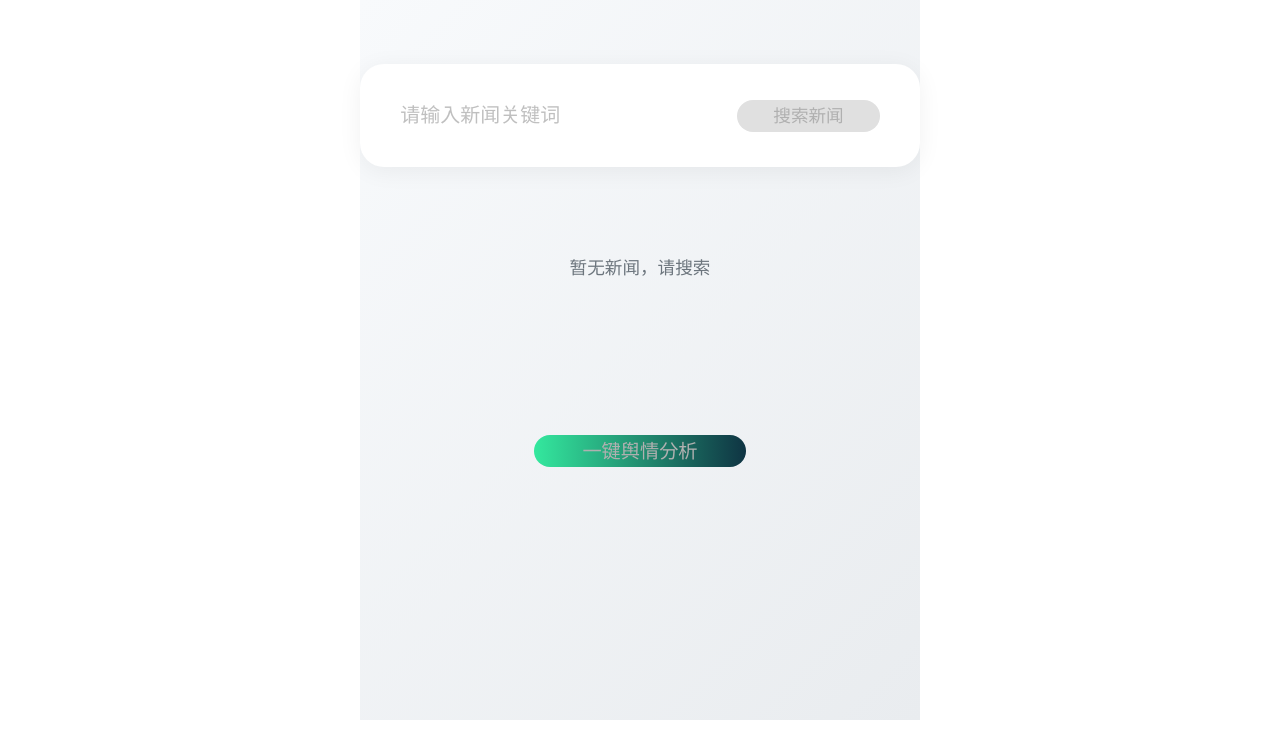
Repository: XJN7197/NewsAssistantBaseMCP
Page: / (app in frontend/)
These files come from the project's save history. The page is drawn as it stood at one moment and after the next save; the edit follows.
The browser window is 1280 px wide. The pictures show the whole page.
The project was rebuilt for these pictures with package versions that can differ from the ones it lists, and the page was loaded fresh each time. Also part of the build but not shown: frontend/vite.config.ts.

Above is the page before, as saved 2025-05-22 22:33:07.

### frontend/src/App.tsx
import { useState } from 'react'
import Home from './pages/Home'
import './App.css'

function App() {

  return (
    <>
      <Home/>
    </>
  )
}

export default App

### frontend/src/pages/Home.tsx
import React, { useState } from 'react';
import { List, Checkbox, Button as AntButton, Input, Spin, Modal, Typography, Dropdown } from 'antd'; // Ant Design 组件导入
import 'antd/dist/reset.css'; // 导入 Ant Design 样式
import ReactMarkdown from 'react-markdown';
import remarkGfm from 'remark-gfm';
import styles from './Home.module.css'
import { mockNewsData } from '../mock/newsData'
import { mockReportData } from '../mock/reportData'

// 假设你有这些组件，后续可单独实现
// import NewsSearch from '../components/NewsSearch'
// import NewsCardList from '../components/NewsCardList'
// import AnalyzeButton from '../components/AnalyzeButton'
// import ReportModal from '../components/ReportModal'

const { Title, Text, Link } = Typography;

const Home: React.FC = () => {
  // 搜索关键词
  const [keyword, setKeyword] = useState('')
  // 新闻列表
  const [newsList, setNewsList] = useState<any[]>([])
  // 选中的新闻项
  const [selectedNews, setSelectedNews] = useState<Set<number>>(new Set());
  // 是否正在加载
  const [loading, setLoading] = useState(false)
  // 分析报告内容
  const [report, setReport] = useState<string | null>(null)
  // 控制报告弹窗显示
  const [showReport, setShowReport] = useState(false)

  // 下载报告处理函数
  const handleDownload = () => {
    if (!report) return;

    const timestamp = new Date().toISOString().replace(/[:.]/g, '-');
    const content = report;
    const fileName = `舆情分析报告_${timestamp}.md`;
    const blob = new Blob([content], { type: 'text/plain;charset=utf-8' });
    const url = window.URL.createObjectURL(blob);
    const link = document.createElement('a');
    link.href = url;
    link.download = fileName;
    document.body.appendChild(link);
    link.click();
    document.body.removeChild(link);
    window.URL.revokeObjectURL(url);
  };

  // 搜索新闻
  const handleSearch = async () => {
    setLoading(true)
    setNewsList([]); // 清空旧的新闻列表
    setReport(null); // 清空旧的报告
    setShowReport(false); // 关闭报告弹窗

    try {
      let data;

      // 根据环境变量决定是否使用mock数据
      if (import.meta.env.VITE_USE_MOCK_NEWS === 'true') {
        // 使用mock数据
        await new Promise(resolve => setTimeout(resolve, 1000)); // 模拟延迟
        data = mockNewsData;
      } else {
        // 使用实际API
        const response = await fetch('http://localhost:8000/search', {
          method: 'POST',
          headers: {
            'Content-Type': 'application/json',
          },
          body: JSON.stringify({ keyword: keyword }),
        });

        if (!response.ok) {
          throw new Error(`HTTP error! status: ${response.status}`);
        }

        data = await response.json();
      }

      // 检查返回的数据结构，确保有 news_list 字段
      if (data && data.news_list) {
        console.log("获取到的新闻数据:", data.news_list);
        // 初始化选中状态，默认全部选中
        const initialNewsList = data.news_list.map((news: any, index: number) => ({ ...news, id: index })); // selected 属性由 selectedNews Set 管理
        setNewsList(initialNewsList);
        const initialSelected = new Set<number>(initialNewsList.map((news: any) => news.id));
        setSelectedNews(initialSelected);
      } else {
        setNewsList([{ error: '未获取到新闻数据或数据格式不正确' }]);
      }

    } catch (error) {
      console.error("搜索新闻失败:", error);
      setNewsList([{ error: `搜索新闻失败: ${error}` }]);
    } finally {
      setLoading(false);
    }
  }

  // 分析新闻
  const handleAnalyze = async () => {
    setLoading(true);
    setReport(null); // 清空旧的报告
    setShowReport(true); // Show modal immediately

    // 过滤出选中的新闻
    const newsToAnalyze = newsList.filter(news => selectedNews.has(news.id));

    if (newsToAnalyze.length === 0) {
        setReport("没有新闻内容可供分析。");
        setLoading(false);
        return;
    }

    try {
      let data;

      // 根据环境变量决定是否使用mock数据
      if (import.meta.env.VITE_USE_MOCK_REPORT === 'true') {
        // 使用mock数据
        await new Promise(resolve => setTimeout(resolve, 1000)); // 模拟延迟
        data = mockReportData;
      } else {
        // 使用实际API
        const response = await fetch('http://localhost:8000/analyze', {
          method: 'POST',
          headers: {
            'Content-Type': 'application/json',
          },
          body: JSON.stringify({ news_list: newsToAnalyze }),
        });

        if (!response.ok) {
          throw new Error(`HTTP error! status: ${response.status}`);
        }

        data = await response.json();
      }

      // 检查返回的数据结构，确保有 report 字段
      if (data && data.report) {
        console.log("获取到的分析报告:", data.report);
        setReport(data.report);
      } else {
        setReport("未获取到分析报告或报告格式不正确");
      }

    } catch (error) {
      console.error("分析新闻失败:", error);
      setReport(`分析新闻失败: ${error}`);
    } finally {
      setLoading(false);
    }
  }



  return (
    <div className={styles['home-container']}>
      {/* 搜索栏 - 使用 Ant Design 组件 */}
      <div className={styles['search-bar']}>
        <Input
          placeholder="请输入新闻关键词"
          value={keyword}
          onChange={e => setKeyword(e.target.value)}
          onPressEnter={handleSearch} // 支持回车搜索
          style={{ flex: 1, fontSize: '1.25rem', padding: '12px 0' }} // 保持原有部分样式
        />
        <AntButton
          type="primary"
          onClick={handleSearch}
          loading={loading}
          disabled={!keyword}
          style={{ borderRadius: '16px', padding: '14px 36px', fontSize: '1.1rem', fontWeight: 500 }} // 保持原有部分样式
        >
          搜索新闻
        </AntButton>
      </div>

      {/* 新闻列表 - 使用 Ant Design List 组件 */}
      <div className={styles['news-list-container']}> {/* 新增一个容器来控制 List 的宽度和间距 */}
        {loading && newsList.length === 0 && <div style={{ textAlign: 'center', padding: '40px 0' }}><Spin size="large" /></div>}
        {!loading && newsList.length === 0 && <div style={{ textAlign: 'center', color: '#6c757d', fontSize: '1.1rem', padding: '40px 0' }}>暂无新闻，请搜索</div>}
        {newsList.length > 0 && newsList[0].error && (
          <div className={styles['error-message']}>{newsList[0].error}</div>
        )}
        {newsList.length > 0 && !newsList[0].error && (
          <List
            itemLayout="horizontal"
            dataSource={newsList}
            renderItem={item => {
              const onItemChange = (e: any) => {
                setSelectedNews(prevSelected => {
                  const newSelected = new Set(prevSelected);
                  if (e.target.checked) {
                    newSelected.add(item.id);
                  } else {
                    newSelected.delete(item.id);
                  }
                  return newSelected;
                });
              };
              return (
                <List.Item
                  actions={[
                    <Link href={item.url} target="_blank" rel="noopener noreferrer">阅读原文</Link>
                  ]}
                  style={{ background: '#fff', borderRadius: '12px', marginBottom: '16px', padding: '20px', boxShadow: '0 2px 12px 0 rgba(0,0,0,0.05)' }}
                >
                  <List.Item.Meta
                    avatar={<Checkbox checked={selectedNews.has(item.id)} onChange={onItemChange} style={{paddingRight: '10px'}}/>}
                    title={<Title level={5} style={{ margin: 0, fontSize: '1.3rem', fontWeight: 600, color: '#1d1d1f' }}>{item.title}</Title>}
                    description={<Text type="secondary" style={{ fontSize: '1rem', lineHeight: 1.6, display: '-webkit-box', WebkitLineClamp: 3, WebkitBoxOrient: 'vertical', overflow: 'hidden', textOverflow: 'ellipsis' }}>{item.desc}</Text>}
                  />
                </List.Item>
              );
            }}
          />
        )}
      </div>

      {/* 一键分析按钮 - 使用 Ant Design Button */}
      <div className={styles['analyze-btn']}>
        <AntButton
          type="primary"
          onClick={handleAnalyze}
          loading={loading}
          disabled={newsList.length === 0 || selectedNews.size === 0}
          style={{ borderRadius: '16px', padding: '16px 48px', fontSize: '1.2rem', fontWeight: 600, background: 'linear-gradient(90deg, #34e89e 0%, #0f3443 100%)' }} // 保持原有部分样式
        >
          一键舆情分析
        </AntButton>
      </div>

      {/* 分析报告弹窗 - 使用 Ant Design Modal */}
      <Modal
        title={<Title level={3} style={{ textAlign: 'center', marginBottom: 0 }}>舆情分析报告</Title>}
        open={showReport}
        onCancel={() => setShowReport(false)}
        footer={[
          <AntButton
            key="download"
            onClick={handleDownload}
            disabled={!report}
            style={{ borderRadius: '12px', marginRight: '8px' }}
          >
            下载报告
          </AntButton>,
          <AntButton key="close" type="primary" onClick={() => setShowReport(false)} style={{ borderRadius: '12px' }}>
            关闭
          </AntButton>
        ]}
        width="60vw"
        styles={{ body: { maxHeight: '70vh', overflowY: 'auto', background: '#fff', padding: '24px 40px' } }}
      >
        {loading && !report ? (
          <div style={{ textAlign: 'center', padding: '40px 0' }}>
            <Spin size="large" tip="分析报告生成中..." />
          </div>
        ) : report ? (
          <ReactMarkdown remarkPlugins={[remarkGfm]}>{report}</ReactMarkdown>
        ) : (
          <Text>报告生成中或无内容...</Text>
        )}
      </Modal>
    </div>
  )
}

export default Home

### frontend/src/pages/Home.module.css
.home-container {
  min-height: 100vh;
  background: linear-gradient(135deg, #f8fafc 0%, #e9ecef 100%);
  display: flex;
  flex-direction: column;
  align-items: center;
  padding: 64px 0 48px 0; /* 调整了上下padding，左右padding设为0，因为内容区会通过max-width控制 */
  font-family: -apple-system, BlinkMacSystemFont, "Segoe UI", Roboto, "Helvetica Neue", Arial, "PingFang SC", "Hiragino Sans GB", "Microsoft YaHei", sans-serif;
}

.search-bar {
  display: flex;
  align-items: center;
  gap: 24px; /* 增加了元素间距 */
  background: #fff;
  border-radius: 24px; /* 更大的圆角 */
  box-shadow: 0 4px 24px 0 rgba(0,0,0,0.06); /* 更柔和的阴影 */
  padding: 24px 40px; /* 增加了内边距 */
  margin-bottom: 48px; /* 增加了与下方元素的间距 */
  width: 100%;
  max-width: 720px; /* 搜索栏最大宽度 */
}

.search-bar input[type="text"] {
  flex: 1;
  border: none;
  outline: none;
  font-size: 1.25rem; /* 稍大字体 */
  background: transparent;
  color: #222;
  padding: 12px 0; /* 增加了输入框的垂直padding */
}

.search-bar button {
  background: linear-gradient(90deg, #007aff 0%, #00c6fb 100%);
  color: #fff;
  border: none;
  border-radius: 16px; /* 更大的圆角 */
  padding: 14px 36px; /* 增加了按钮padding */
  font-size: 1.1rem; /* 稍大字体 */
  font-weight: 500;
  cursor: pointer;
  transition: background 0.2s, box-shadow 0.2s;
  box-shadow: 0 4px 16px 0 rgba(0,122,255,0.10); /* 按钮阴影 */
}

.search-bar button:disabled {
  background: #e0e0e0;
  color: #b0b0b0;
  cursor: not-allowed;
  box-shadow: none;
}

.news-list-container { /* Renamed from .news-list */
  width: 100%;
  max-width: 900px; /* 新闻列表最大宽度，比搜索栏稍宽 */
  margin-bottom: 40px;
  min-height: 180px; /* 最小高度，避免内容过少时塌陷 */
  display: flex;
  flex-direction: column;
  gap: 24px; /* 新闻卡片之间的间距 */
  /* 可以在这里添加新闻卡片的样式，或者为新闻卡片组件单独创建样式文件 */
}

/* 针对 news-list 中暂无新闻的提示文本样式 */
.news-list > div {
  color: #6c757d; /* 柔和的提示文字颜色 */
  font-size: 1.1rem;
  text-align: center;
  padding: 40px 0;
}

/* Styles for .news-card, .checkbox-container, .news-content, .news-title, .news-desc, .news-link are removed as Ant Design components handle them */

/* 错误消息样式 */
.error-message {
  color: #dc3545; /* 红色错误提示 */
  font-size: 1.1rem;
  text-align: center;
  padding: 40px 0;
}


.analyze-btn {
  margin-bottom: 32px;
}

.analyze-btn button {
  background: linear-gradient(90deg, #34e89e 0%, #0f3443 100%); /* 保持了之前的渐变色 */
  color: #fff;
  border: none;
  border-radius: 16px; /* 更大的圆角 */
  padding: 16px 48px; /* 增加了按钮padding */
  font-size: 1.2rem; /* 稍大字体 */
  font-weight: 600;
  cursor: pointer;
  transition: background 0.2s, box-shadow 0.2s;
  box-shadow: 0 4px 16px 0 rgba(52,232,158,0.10); /* 按钮阴影 */
}

.analyze-btn button:disabled {
  background: #e0e0e0;
  color: #b0b0b0;
  cursor: not-allowed;
  box-shadow: none;
}

/* Styles for .report-modal and its children are removed as Ant Design Modal component handles them */

### frontend/src/mock/newsData.ts
export const mockNewsData = {
    news_list: [
      {
        title: "Qwen引领AI前端技术革新：深度解析一句话开发网页的突破_模型_行业_创新",
        desc: "在人工智能快速发展的2025年，来自量子位的最新报道显示，AI技术正迎来前所未有的革新，尤其是在前端开发领域。由Qwen推出的“AI前端工程师”WebDev工具，以...",
        url: "https://news.sohu.com/a/893821748_121924584"
      },
      {
        title: "谷歌推Gemini2.5Pro模型，AI 助力前端开发与复杂编程",
        desc: "谷歌推Gemini2.5Pro模型#，AI 助力前端开发与复杂编程】5 月7 日消息，科技媒体The Decoder 昨日（5 月6 日）发布博文，报道称谷歌为预热今年的I/O...",
        url: "https://news.sina.com.cn/external/car/2025-05-07/doc-inevtine1324735.shtml"
      },
      {
        title: "前端程序员请注意！首个截图就能生成现代前端代码的AI来了 | 已开源",
        desc: "现在截图生成代码，已经来到了一个新高度——. ⾸个⾯向现代前端代码⽣成的多模态⼤模型解决⽅案，来了！ 而且是开源的那种。 前端程序员请注意！首个截图就能...",
        url: "https://www.qbitai.com/2025/02/258521.html"
      },
      {
        title: "AI包办79%代码，程序员饭碗不保，前端开发要凉，人类只配改Bug？",
        desc: "编码助手更偏向自动化。有79%的Claude Code对话可以被归为「自动化」，即AI直接完成任务，而不是与人类协作「增强」。相比之下，Claude.ai的对话中只有49%是...",
        url: "https://m.36kr.com/p/3271134281245063"
      },
      {
        title: "武汉烽火申请前后端协同开发方法专利，大大降低前后端耦合度",
        desc: "本文源自:金融界. 金融界2025年5月15日消息，国家知识产权局信息显示，武汉烽火信息集成技术有限公司申请一项名为“前后端协同开发方法、装置、设备及可...",
        url: "https://cj.sina.cn/articles/view/1704103183/65928d0f02007wlqg?froms=ggmp"
      }
    ]
  };

### frontend/src/mock/reportData.ts
// 模拟舆情分析报告数据
export const mockReportData = {
  report: `
  **分析时间：** 2025-05-22 20:48:32

  ---

  ## 📥 原始新闻内容

  ### 新闻1
  - **标题**: Qwen引领AI前端技术革新：深度解析一句话开发网页的突破_模型_行业_创新
  - **描述**: 在人工智能快速发展的2025年，来自量子位的最新报道显示，AI技术正迎来前所未有的革新，尤其是在前端开发领域。由Qwen推出的“AI前端工程师”WebDev工具，以...
  - **链接**: https://news.sohu.com/a/893821748_121924584

  ### 新闻2
  - **标题**: 谷歌推Gemini2.5Pro模型，AI 助力前端开发与复杂编程
  - **描述**: 谷歌推Gemini2.5Pro模型#，AI 助力前端开发与复杂编程】5 月7 日消息，科技媒体The Decoder 昨日（5 月6 日）发布博文，报道称谷歌为预热今年的I/O...
  - **链接**: https://news.sina.com.cn/external/car/2025-05-07/doc-inevtine1324735.shtml

  ### 新闻3
  - **标题**: 前端程序员请注意！首个截图就能生成现代前端代码的AI来了 | 已开源
  - **描述**: 现在截图生成代码，已经来到了一个新高度——. ⾸个⾯向现代前端代码⽣成的多模态⼤模型解决⽅案，来了！ 而且是开源的那种。 前端程序员请注意！首个截图就能...
  - **链接**: https://www.qbitai.com/2025/02/258521.html

  ### 新闻4
  - **标题**: AI包办79%代码，程序员饭碗不保，前端开发要凉，人类只配改Bug？
  - **描述**: 编码助手更偏向自动化。有79%的Claude Code对话可以被归为「自动化」，即AI直接完成任务，而不是与人类协作「增强」。相比之下，Claude.ai的对话中只有49%是...
  - **链接**: https://m.36kr.com/p/3271134281245063

  ### 新闻5
  - **标题**: 武汉烽火申请前后端协同开发方法专利，大大降低前后端耦合度
  - **描述**: 本文源自:金融界. 金融界2025年5月15日消息，国家知识产权局信息显示，武汉烽火信息集成技术有限公司申请一项名为“前后端协同开发方法、装置、设备及可...
  - **链接**: https://cj.sina.cn/articles/view/1704103183/65928d0f02007wlqg?froms=ggmp

  ---

  ## 📊 分析结果

  ### 舆情分析报告
  **日期**：2025年5月
  **分析范围**：五篇关于AI与前端开发的新闻

  ---

  #### **一、情绪倾向分析**
  | 新闻编号 | 情绪倾向 | 原因说明 |
  |----------|----------|----------|
  | **新闻1** | **正面** | 强调Qwen的“革新”“突破”等词汇，突出AI技术对前端开发的赋能，传递积极创新信号。 |
  | **新闻2** | **正面** | 谷歌推出新模型推动“AI助力前端开发”，体现技术迭代的行业趋势，语气温和但积极。 |
  | **新闻3** | **正面** | 聚焦“首个截图生成代码”“开源”等关键词，展示AI工具的实用性和开放性，引发开发者关注。 |
  | **新闻4** | **负面** | 标题直接使用“饭碗不保”“要凉”等强烈词汇，讨论AI对程序员职业的冲击，情绪偏担忧。 |
  | **新闻5** | **正面** | 武汉烽火的专利申请聚焦“降低耦合度”技术优化，体现行业对效率提升的关注，属中性积极技术报道。 |

  ---

  #### **二、舆情总结**
  1. **技术革新主导正面情绪**
     - 多篇新闻聚焦AI在前端开发中的创新应用（如Qwen、Gemini2.5Pro、开源工具），强调效率提升、自动化开发等优势，反映行业对AI技术的期待与认可。
     - 专利申请（新闻5）进一步表明企业对技术优化的重视，传递积极发展趋势。

  2. **负面情绪集中于就业风险**
     - 新闻4通过“79%代码由AI包办”“程序员饭碗不保”等表述，引发对AI替代人力的焦虑，负面情绪显著，但未否认技术价值。

  3. **行业矛盾与机遇并存**
     - 正面报道多关注技术突破，负面内容则反映人类与AI协作模式的争议，整体呈现“技术进步”与“职业担忧”的双重叙事。

  ---

  #### **三、建议**
  - **技术开发者**：关注AI工具的开源与迭代（如新闻3），同时提升复合技能以适应自动化趋势。
  - **企业与政策制定者**：平衡技术应用与就业保障，推动人机协作模式的探索。
  - **媒体传播**：客观呈现AI对行业的赋能与挑战，避免过度渲染负面情绪。

  **结论**：当前舆情以技术革新为核心积极主题，但需警惕AI对职业结构的潜在冲击，行业需在创新与人文关怀间寻求平衡。
`
}

Loaded but not shown: frontend/index.html (common file); frontend/src/main.tsx (common file); frontend/src/index.css (common file); frontend/src/App.css (common file)

After the next save:
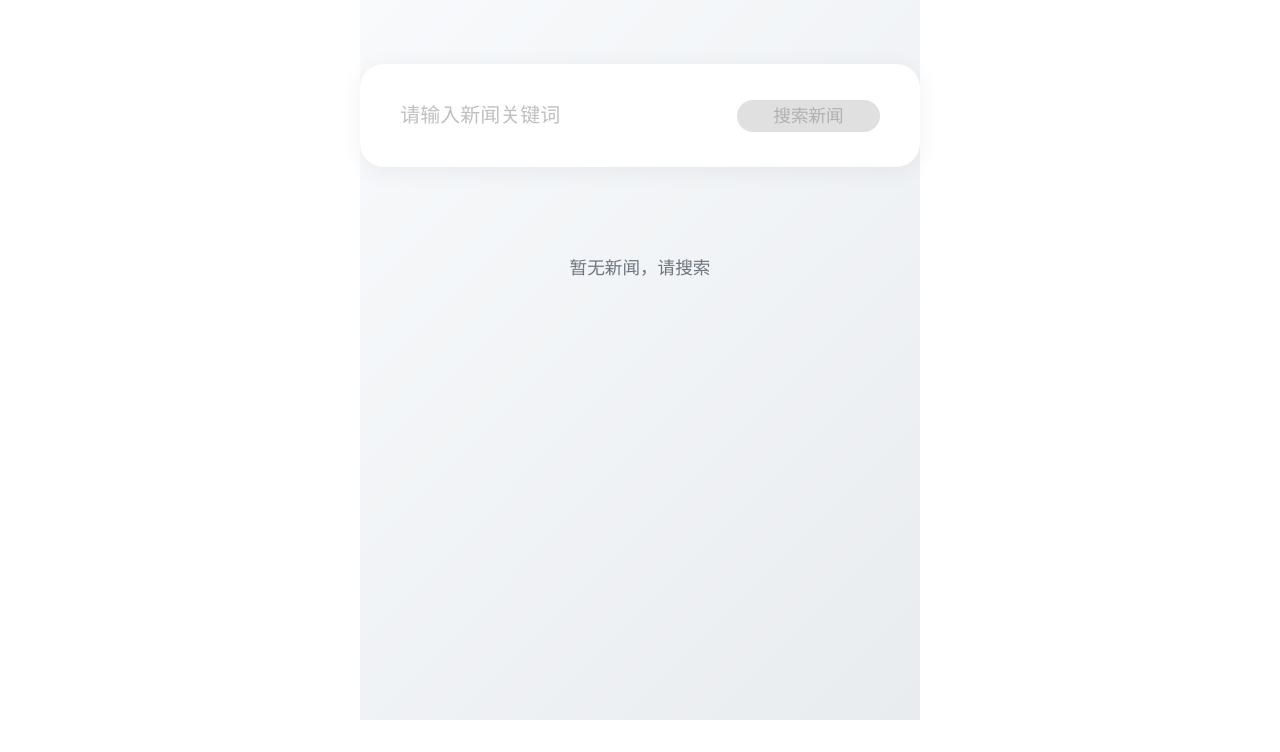
Saved 18 min 59 s later.
--- a/frontend/src/pages/Home.tsx
+++ b/frontend/src/pages/Home.tsx
@@ -222,17 +222,19 @@ const Home: React.FC = () => {
       </div>
 
       {/* 一键分析按钮 - 使用 Ant Design Button */}
-      <div className={styles['analyze-btn']}>
-        <AntButton
-          type="primary"
-          onClick={handleAnalyze}
-          loading={loading}
-          disabled={newsList.length === 0 || selectedNews.size === 0}
-          style={{ borderRadius: '16px', padding: '16px 48px', fontSize: '1.2rem', fontWeight: 600, background: 'linear-gradient(90deg, #34e89e 0%, #0f3443 100%)' }} // 保持原有部分样式
-        >
-          一键舆情分析
-        </AntButton>
-      </div>
+      {newsList.length > 0 && !newsList[0].error && (
+        <div className={styles['analyze-btn']}>
+          <AntButton
+            type="primary"
+            onClick={handleAnalyze}
+            loading={loading}
+            disabled={selectedNews.size === 0}
+            style={{ borderRadius: '16px', padding: '16px 48px', fontSize: '1.2rem', fontWeight: 600, background: 'linear-gradient(90deg, #34e89e 0%, #0f3443 100%)' }} // 保持原有部分样式
+          >
+            一键舆情分析
+          </AntButton>
+        </div>
+      )}
 
       {/* 分析报告弹窗 - 使用 Ant Design Modal */}
       <Modal
